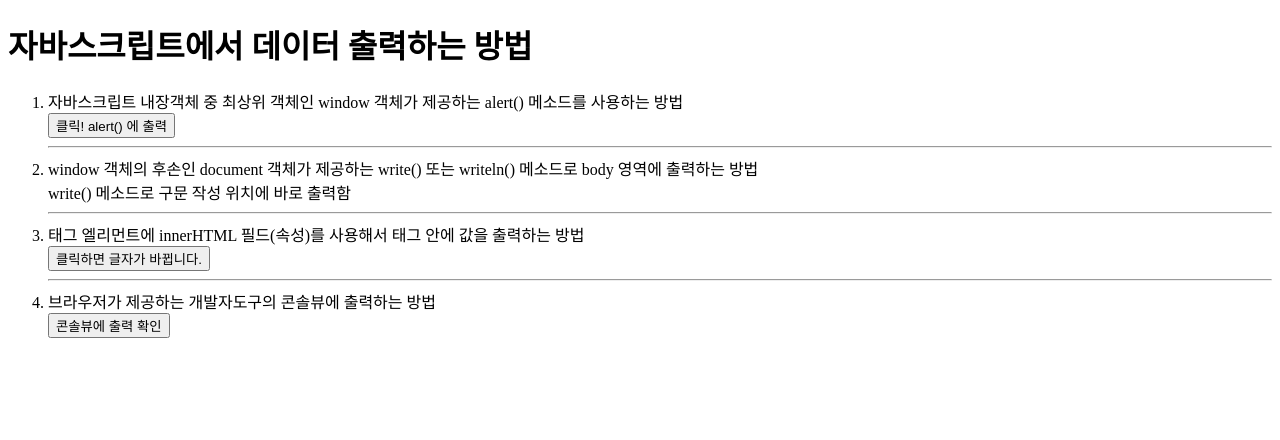
Repository: bianchi112/ict-data
Page: web_workspace/testJavaScriptProject/src/main/webapp/views/testjs/sample2.html
These files come from the project's save history. The page is drawn as it stood at one moment and after the next save; the edit follows.
The browser window is 1280 px wide. The pictures show the whole page.

Above is the page before, as saved 2024-09-03 03:38:38.

### web_workspace/testJavaScriptProject/src/main/webapp/views/testjs/sample2.html
<!DOCTYPE html>
<html>
<head>
<meta charset="UTF-8">
<title>sample2</title>
<script type="text/javascript" src="/testj/resources/js/main.js"></script>
</head>
<body>
<h1>자바스크립트에서 데이터 출력하는 방법</h1>
<ol>
	<li>자바스크립트 내장객체 중 최상위 객체인 window 객체가 제공하는 alert() 메소드를 사용하는 방법</li>
	<button onclick="testAlert();">클릭! alert() 에 출력</button>
	<hr>

	<li>window 객체의 후손인 document 객체가 제공하는 write() 또는 writeln() 메소드로 body 영역에
	출력하는 방법</li>
	<script type="text/javascript">
		document.write("write() 메소드로 구문 작성 위치에 바로 출력함");
	</script>
	<hr>

	<li>태그 엘리먼트에 innerHTML 필드(속성)를 사용해서 태그 안에 값을 출력하는  방법</li>
	<button onclick="this.innerHTML='*^^*';">클릭하면 글자가 바뀝니다.</button>
	<hr>

	<li>브라우저가 제공하는 개발자도구의 콘솔뷰에 출력하는 방법</li>
	<button onclick="printConsole();">콘솔뷰에 출력 확인</button>
	<script type="text/javascript">
		  function printConsole(){
			  // 내장객체는 자바스크립트 내장객체와 브라우저 내장객체가 있음
			  // 브라우저 내장객체인 console 의 log() 메소드를 이용함
			  console.log("개발자도구의 콘솔에 메세지 출력 확인!")

			  var name = "홍길동";
			  var age = 29;
			  // 자바스크립트에서는 문자하나와 문자열 구분 없음
			  // 문자, 문자열 표기에 '문자|문자열값' 또는 "문자|문자열값" 둘다 사용 가능함
			  console.log('age : ' + age);
			  console.log('name : ' + name);
		  }
	</script>
</ol>
</body>
</html>

### web_workspace/testJavaScriptProject/src/main/webapp/resources/js/main.js
/**
 * main.js
 * 2024-09-03 작성
 */

// 전역변수 선언 : 함수 밖에서 선언된 변수
// 선언된 위치 아래쪽에서는 모두 사용 가능함
// var 변수명 = 값;
var flag = false;

function toggleImage() {
	// 지역변수 : 함수 안에서 선언된 변수, 선언된 블럭 {} 밖에서는 사용 못  함
	var img = document.getElementById("image1");

	if (!flag) { // if(flag == flalse)
		img.src = "/testj/resources/images/Android.gif"
		flag = true;
	} else { // flag == true
		img.src = "/testj/resources/images/button.jpg";
		flag = false;
	}
}

function changeCSS() {
	// 글자색, 테두리선, 글자크기, 배경색 변경 처리함
	var element = document.getElementById("demo3");

	element.style.color = "#ff00cc";
	element.style.border = "3px double black";
	element.style.fontSize = "24pt";
	element.style.backgroundColor = "yellow";
}

function testAlert() {
	//window.alert("main.js 안에 작성된 testAlert() 함수 실행됨");
	// 최상위 객체인 window 는 메소드 사용시 생략할 수 있음
	alert("main.js 안에 작성된 testAlert() 함수 실행됨");
}

After the next save:
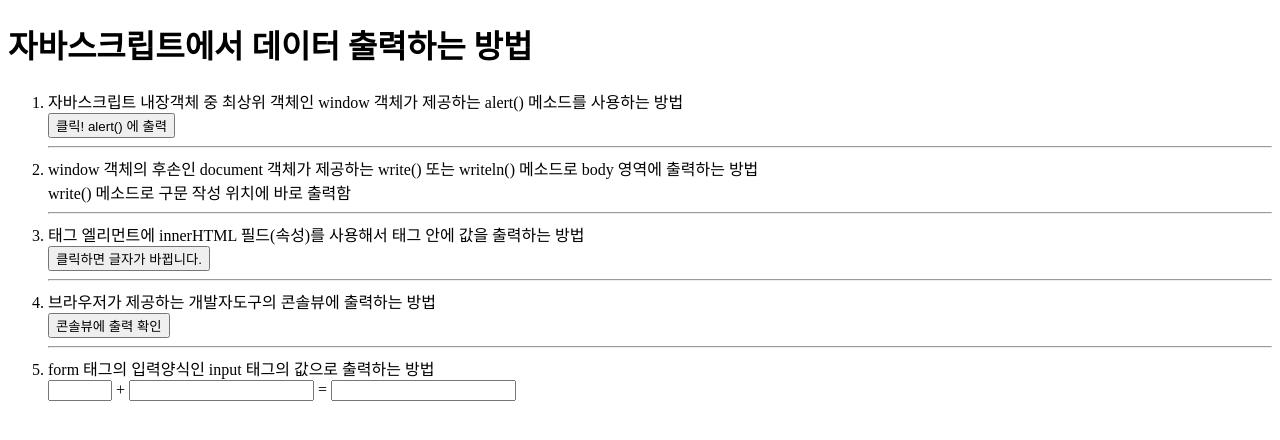
Saved 3 min 19 s later.
--- a/web_workspace/testJavaScriptProject/src/main/webapp/views/testjs/sample2.html
+++ b/web_workspace/testJavaScriptProject/src/main/webapp/views/testjs/sample2.html
@@ -39,6 +39,10 @@
 			  console.log('name : ' + name);
 		  }
 	</script>
+	<hr>
+
+	<li>form 태그의 입력양식인 input 태그의 값으로 출력하는 방법</li>
+	<input type="number" id="num1" vlaue="0" min="0" max="100"> + <input> = <input>
 </ol>
 </body>
 </html>
